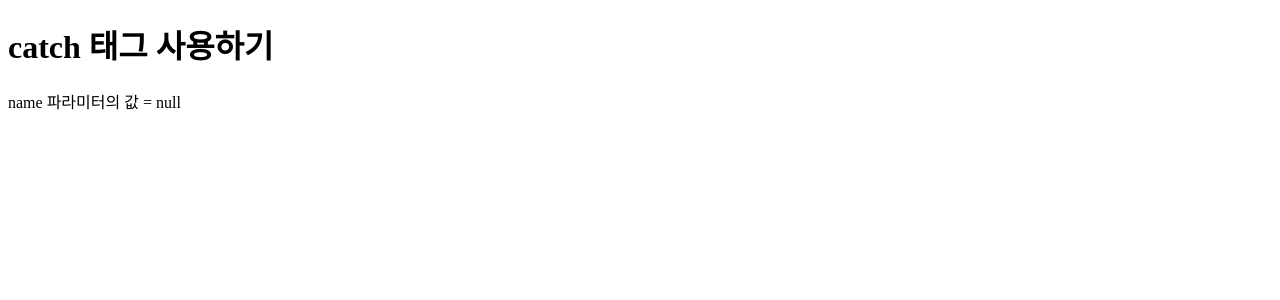
Repository: coolSummer1119/study
Page: http://localhost/ch03_Jsp/ch21_jstl/s09_catch.jsp
An editor plug-in stored every save of this project. The page is shown before and after the next save, followed by the edit.
The browser window is 1280 px wide. The pictures show the whole page.
The page is served by Tomcat 9.

Above is the page before, as saved 2024-05-07 05:35:24.

After the next save:
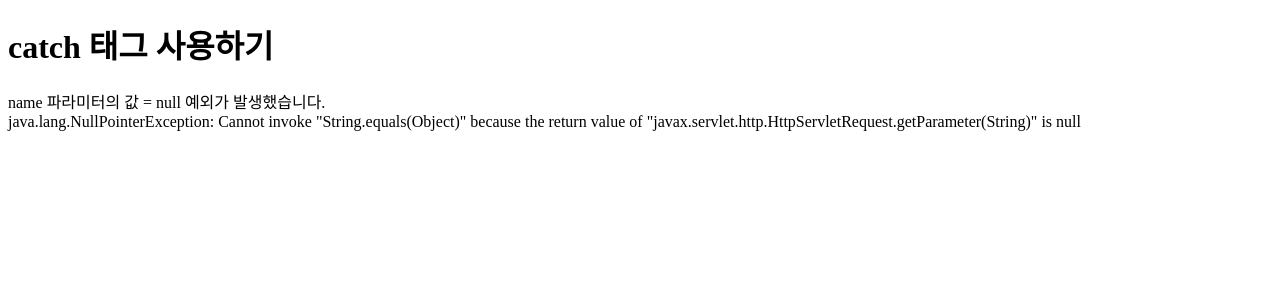
Saved 3 min 30 s later.
--- a/workspace/ch03_Jsp/src/main/webapp/ch21_jstl/s09_catch.jsp
+++ b/workspace/ch03_Jsp/src/main/webapp/ch21_jstl/s09_catch.jsp
@@ -11,7 +11,17 @@
 <h1>catch 태그 사용하기</h1>
 <c:catch var="ex">
 	name 파라미터의 값 = <%= request.getParameter("name") %>
-
+<%
+	if(request.getParameter("name").equals("test")){
+%>
+	${param.name}은 test입니다.
+<%
+	}
+%>
 </c:catch>
+<c:if test="${ex!=null}">
+	예외가 발생했습니다.<br>
+	${ex}
+</c:if>
 </body>
 </html>
